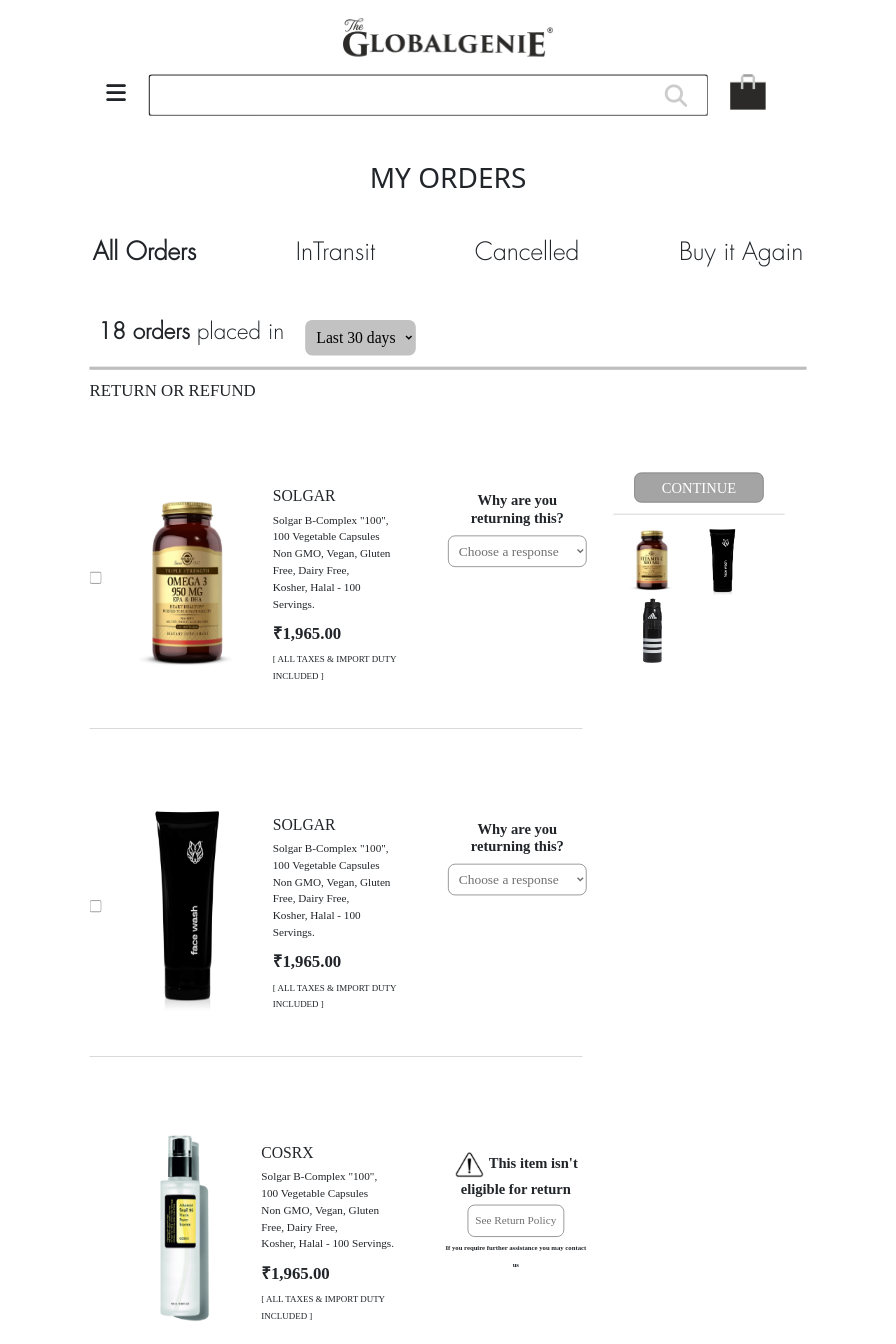
Repository: FlyweisReact/newGlobalGinie
Page: /return
These files come from the project's save history. The page is drawn as it stood at one moment and after the next save; the edit follows.
The browser window is 1280 px wide. The pictures show the part of the page from y = 0 to 1920 px (the page is 4272 px tall before and 4253 px after), at 70% of full size.
Some web libraries are served in a nearby version. The project was rebuilt for these pictures with package versions that can differ from the ones it lists, and the page was loaded fresh each time. Also part of the build but not shown: src/Screen/Address.js, src/Screen/AllOrders.js, src/Screen/AllProduct.js, src/Component/Hero2.js, src/Screen/Baby.css, src/Component/Reviews.js, src/Screen/Baby.js, src/Screen/CancelOrder.js and 34 more.

Above is the page before, as saved 2023-02-16 18:59:01.

After the next save:
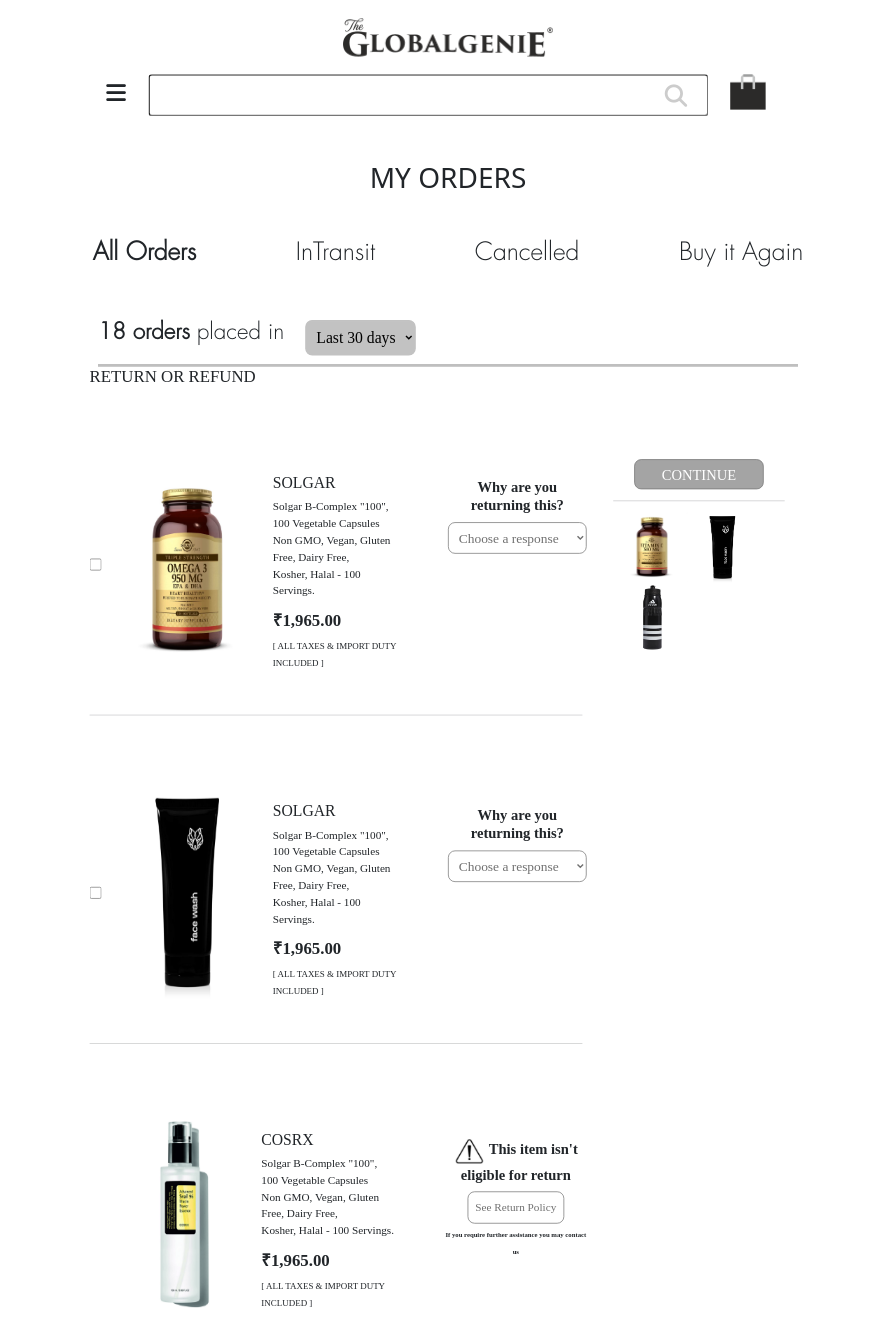
Saved 43 s later.
--- a/src/Screen/Return.js
+++ b/src/Screen/Return.js
@@ -60,7 +60,15 @@
         </select>
       </div>
 
-      <hr className="MyOrderHr" />
+      <hr
+        className="myHr"
+        style={{
+          border: "2px solid black",
+          maxWidth: "1400px",
+          margin: "auto",
+          marginTop: "1%",
+        }}
+      />
 
       <div className="return">
         <h4>RETURN OR REFUND</h4>
